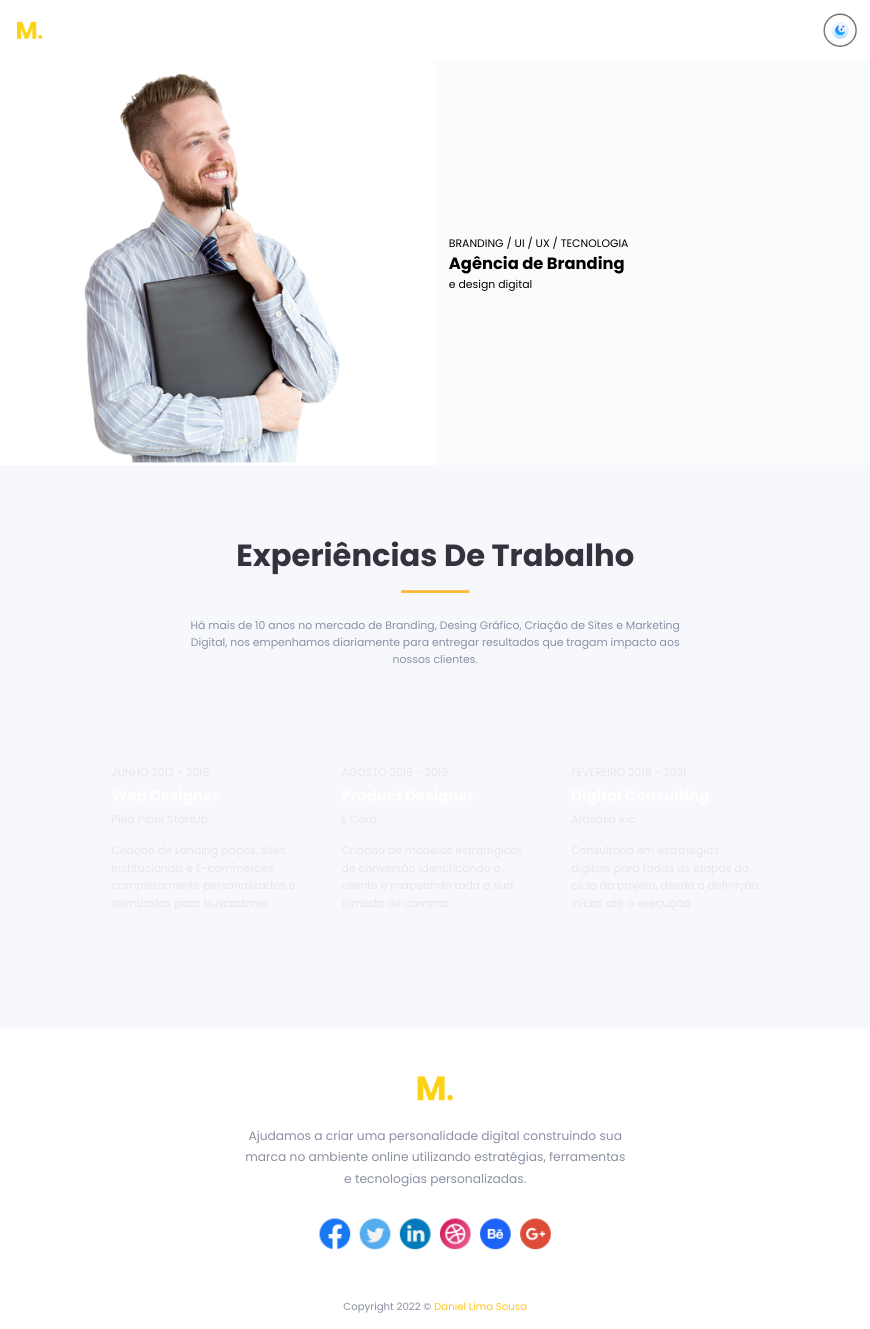
Repository: Daniells642/agencia-digital
Page: /
An editor plug-in stored every save of this project. The page is shown before and after the next save, followed by the edit.
The browser window is 1280 px wide. The pictures show the whole page, at 68% of full size.
The project was rebuilt for these pictures with package versions that can differ from the ones it lists, and the page was loaded fresh each time.

Above is the page before, as saved 2022-12-02 21:23:33.

### public/index.html
<!DOCTYPE html>
<html lang="pt-br">
  <head>
    <meta charset="utf-8" />
    <link rel="icon" href="assets/logo.png" />
    <meta name="viewport" content="width=device-width, initial-scale=1" />
    <meta name="theme-color" content="#000000" />
    <meta name="description"content="Web site created using create-react-app"/>
    <link rel="apple-touch-icon" href="%PUBLIC_URL%/logo192.png" />
    <link rel="manifest" href="%PUBLIC_URL%/manifest.json" />
    <link rel="preconnect" href="https://fonts.googleapis.com">
    <link rel="preconnect" href="https://fonts.gstatic.com" crossorigin>
    <link href="https://fonts.googleapis.com/css2?family=Poppins:wght@400;500;600;700;800;900&display=swap" rel="stylesheet">
    <title>Agência Digital</title>

  </head>
  <body>
    <noscript>You need to enable JavaScript to run this app.</noscript>
    <div id="root"></div>
    <!--
      This HTML file is a template.
      If you open it directly in the browser, you will see an empty page.

      You can add webfonts, meta tags, or analytics to this file.
      The build step will place the bundled scripts into the <body> tag.

      To begin the development, run `npm start` or `yarn start`.
      To create a production bundle, use `npm run build` or `yarn build`.
    -->
  </body>
</html>

### src/App.js
import Rodape from "./componentes/Rodape";
import SecaoExperienciaTrabalho from "./componentes/SecaoExperienciaTrabalho";
import Topo from "./componentes/Topo";
import SecaoBanner from "./componentes/SecaoBanner";
import "./App.css";
import React, { useState } from 'react';



function App() {

  const [ehTemaEscuro, setTemaEscuro] = useState(false)

  const alterarTema = () => {
    setTemaEscuro(!ehTemaEscuro)
  }

  return (
    <main>
      <Topo alterarTema={alterarTema} ehTemaEscuro={ehTemaEscuro} />
      <SecaoBanner alterarTema={alterarTema} ehTemaEscuro={ehTemaEscuro} />
      <SecaoExperienciaTrabalho alterarTema={alterarTema} ehTemaEscuro={ehTemaEscuro} />
      <Rodape alterarTema={alterarTema} ehTemaEscuro={ehTemaEscuro} />
    </main>
  );
}

export default App;

### src/componentes/Rodape/index.jsx
import './style.css';
import Logo from '../../assets/logo.png';
import iconeFacebook from '../../assets/facebook.png';
import iconeTwitter from '../../assets/twitter.png';
import iconeLinkedin from '../../assets/linkedin.png';
import iconeDribble from '../../assets/dribble.png';
import iconeBehance from '../../assets/behance.png';
import iconeGooglePlus from '../../assets/google-plus.png';

export default function Rodape(props) {
  return(
    <footer className={props.ehTemaEscuro ? 'rodape-modo-escuro' : 'rodape-modo-claro'}>
      <img src={Logo} alt="logomarca"/>
      <p className="paragrafo">
        Ajudamos a criar uma personalidade digital construindo sua marca no ambiente online utilizando estratégias,
        ferramentas e tecnologias personalizadas.
      </p>
      <div className="iconesRodape">
        <img src={iconeFacebook} alt="facebook"/>
        <img src={iconeTwitter} alt="twitter"/>
        <img src={iconeLinkedin} alt="linkedin"/>
        <img src={iconeDribble} alt="dribble"/>
        <img src={iconeBehance} alt="behance"/>
        <img src={iconeGooglePlus} alt="google plus"/>
      </div>
      <div className={props.ehTemaEscuro ? 'borda-rodape-escuro' : ''}>
        <p className="copyright">Copyright 2022 &copy; <span>Daniel Lima Sousa</span></p>
      </div>
    </footer>
  )
}

### src/componentes/SecaoExperienciaTrabalho/index.jsx
import Card from '../Card';
import './style.css';

export default function SecaoExperienciaTrabalho(props) {
    return (
      <section id='secao-experiencia' className={props.ehTemaEscuro ? 'secao-modo-escuro' : 'secao-modo-claro'}>

            <div id='container-texto' className={props.ehTemaEscuro ? 'texto-modo-escuro' : 'texto-modo-claro'}>
                <h1>Experiências De Trabalho</h1>
                <p> Há mais de 10 anos no mercado de Branding, Desing Gráfico, Criação de
                Sites e Marketing Digital, nos empenhamos diariamente para entregar
                resultados que tragam impacto aos nossos clientes.
                </p>
            </div>

            <div className="container-cards limitar-secao">
              <Card
                data="JUNHO 2012 - 2016"
                titulo="Web Designer"
                empresa="Pied Piper StartUp."
                paragrafo="Criação de Landing pages, sites institucionais e E-commerces completamente personalizados e otimizados para buscadores"
              />
              <Card
                data="AGOSTO 2016 - 2019"
                titulo="Product Designer"
                empresa="E Corp."
                paragrafo="Criação de modelos estratégicos de conversão identificando o cliente e mapeando toda a sua jornada de compra"
              />
              <Card
                data="FEVEREIRO 2019 - 2021"
                titulo="Digital Consulting"
                empresa="Arasaka Inc."
                paragrafo="Consultoria em estratégias digitais para todas as etapas do ciclo do projeto, desde a definição inicial até a execução"
              />
        </div>



      </section>
    );
  }

### src/componentes/Topo/index.jsx
import './style.css';
import Logo from '../../assets/logo.png';
import iconeSol from '../../assets/sun.png';
import iconeLua from '../../assets/moon.png';

export default function Topo(props) {
    return (
      <header className={props.ehTemaEscuro ? "topo-modo-escuro" : "topo-modo-claro"}>
            <img className="logo" src={Logo} alt="Logotipo"/>
            <button onClick={props.alterarTema} className={props.ehTemaEscuro ? 'botao-modo-escuro' : 'botao-modo-claro'}>
                <img className="btn-icone" src={props.ehTemaEscuro ? iconeSol : iconeLua} alt="ícone para alterar o tema"/>
            </button>
      </header>
    );
  }

### src/componentes/SecaoBanner/index.jsx
import './style.css';

export default function SecaoBanner(props) {
    return (
            <section id='secaoBanner'>

              <div id='imagemFundo' className={props.ehTemaEscuro ? 'fundo-modo-escuro' : 'fundo-modo-claro'}> </div>

              <div className="texto-secao-banner">
                  <p>BRANDING / UI / UX / TECNOLOGIA</p>
                  <h1>Agência de Branding</h1>
                  <span>e design digital</span>
              </div>

            </section>
    );
  }

### src/App.css
*{
  margin: 0;
  padding: 0;
  box-sizing: border-box;
  font-family: 'Poppins', sans-serif;
}

### src/componentes/Rodape/style.css
footer {
    display: flex;
    flex-direction: column;
    align-items: center;
    justify-content: center;
    padding-top: 70px;
  }
  .paragrafo {
    padding: 0px 20px;
    font-size: 18px;
    font-weight: 300;
    color: #8a8fa3;
    max-width: 600px;
    line-height: 32px;
    text-align: center;
    margin: 36px auto 42px;
  }
  .iconesRodape {
    display: flex;
    justify-content: space-around;
    width: 100%;
    max-width: 375px;
    padding: 0px 10px;
    margin-bottom: 50px;
  }
  .iconesRodape img {
    width: 45px;
    cursor: pointer;
  }
  .copyright {
    width: 100%;
    font-size: 15px;
    font-weight: 300;
    line-height: 28px;
    color: #8a8fa3;
    padding: 20px 0px;
    text-align: center;
  }

  .copyright span {
    color: #fcc520;
  }
  /*modo claro*/
  .rodape-modo-claro {
    background-color: #fff;
  }
  /*modo escuro*/
  .rodape-modo-escuro {
    background-color: #252525;
  }
  .borda-rodape-escuro {
    border-top: 1px solid #ffffff0d;
    width: 100%;
  }

### src/componentes/Card/index.jsx
import './style.css';

export default function Card(props) {
    return (
      <div id="card" className={props.ehTemaEscuro ? 'card-modo-claro' : 'card-modo-escuro'}>
        <p className="primeiroParagrafo">{props.data}</p>
        <h4>{props.titulo}</h4>
        <p className="segundoParagrafo">{props.empresa}</p>
        <p>{props.paragrafo}</p>
    </div>
   );
  }

### src/componentes/SecaoExperienciaTrabalho/style.css
#secao-experiencia {
    display: flex;
    flex-direction: column;
    align-items: center;
    justify-content: center;
    padding: 100px 20px;
}



#container-texto {
    display: flex;
    flex-direction: column;
    text-align: center;
    align-items: center;
}

#container-texto h1 {
    position: relative;
    font-size: 45px;
    font-weight: 700;
    padding-bottom: 20px;
    margin-bottom: 35px;
}

#container-texto h1::before {
    position: absolute;
    content: "";
    bottom: 0;
    left: 0;
    right: 0;
    margin: 0 auto;
    width: 100px;
    height: 4px;
    background-color: #feb633;
}

#container-texto p {
    font-size: 16px;
    font-weight: 400;
    max-width: 770px;
    margin-bottom: 70px;
}
.container-cards {
    display: flex;
    justify-content: center;

}
.limitar-secao {
    width: 100%;
    max-width: 1024px;
    margin: 0 auto;
  }
@media screen and (max-width: 768px) {
    .container-cards {
      flex-direction: column;
    }
  }

/*modo claro*/
.secao-modo-claro {
	background-color: #f6f8fc;
}
.texto-modo-claro h1{
	color: #32333c;
}
.texto-modo-claro p {
	color: #8a8fa3;
}

/*modo escuro*/
.secao-modo-escuro {
	background-color: #393838;
}
.texto-modo-escuro h1{
    color: #fff;
}
.texto-modo-escuro p{
    color: #fff;
}

### src/componentes/Topo/style.css
header {
    width: 100%;
    padding: 20px;
    display: flex;
    align-items: center;
    justify-content: space-between;
    position: fixed;
    z-index: 1;
  }
.logo{
    max-height: 35px;
    padding: 5px;
}

button {
    display: flex;
    align-items: center;
    padding: 10px 10px;
    cursor: pointer;
  }
.btn-icone {
    width: 25px;
    height: 25px;
}

/*Modo claro*/
.topo-modo-claro {
    background-color: #fff;
}
.botao-modo-claro {
    display: flex;
    align-items: center;
    border: 2px solid #747272;
    border-radius: 25px;
    padding: 10px;
    cursor: pointer;
    background-color: #fff;
}

/*Modo escuro*/
.topo-modo-escuro {
    background-color: #252525;
    border-bottom: 1px solid #ffffff0d;
}
.botao-modo-escuro {
    background-color: #252525;
    border-radius: 25px;
    border: 2px solid #fff;
}

### src/componentes/SecaoBanner/style.css
#secaoBanner {
    height: 95vh;
    padding-top: 90px;
    display: flex;
    position: relative;
}

#imagemFundo {
    width: 50%;
    background-image: url('../../assets/banner.png');
    background-position: center;
    background-repeat: no-repeat;
    background-size: contain;
    object-fit: cover;
}

.texto-secao-banner {
    width: 50%;
    padding: 0px 20px;
    display: flex;
    flex-direction: column;
    justify-content: center;
    background-color: #fafbfc;
}

.secao-banner p {
    color: #022144;
    font-size: small;
}

.secao-banner h1 {
    color: #022144;
    font-weight: 200;
}

.secao-banner span {
    color: #022144;
    font-weight: 900;
}

@media screen and (max-width: 768px) {
    #imagemFundo {
      width: 0;
    }

    .texto-secao-banner{
      width: 100%;
    }
}

/*modo claro*/
.fundo-modo-claro{
    background-color: #fff;
}
/*modo escuro*/
.fundo-modo-escuro {
    background-color: #252525;
}

### src/componentes/Card/style.css
#card {
    width: 33%;
    padding: 70px 30px;
    display: flex;
    flex-direction: column;
    cursor: pointer;
  }

  #card:hover{
    background-color: #feb633;
    transition: all 1s;
  }

  #card h4 {
    font-size: 22px;
    margin-bottom: 5px;
  }

  #card p {
    font-size: 16px;
    font-weight: 400;
    line-height: 26px;
  }

  .card-modo-claro {
    border: 1px solid #edecec;
  }

  .card-modo-claro h4 {
    color: #32333a;
  }

  .card-modo-claro p {
    color: #8a8fa3;
  }

  .primeiroParagrafo {
    margin-bottom: 5px;
  }

  .segundoParagrafo {
    margin-bottom: 20px;
  }

  @media screen and (max-width: 768px) {
    #card {
      width: auto;
    }
  }

/*modo escuro*/
  .card-modo-escuro {
    border: 1px solid #ffffff0d;
  }

  .card-modo-escuro h4{
    color: #ffffff;
  }

  .card-modo-escuro p {
    color: #e7e7e7;
  }

Loaded but not shown: src/index.js (common file)

After the next save:
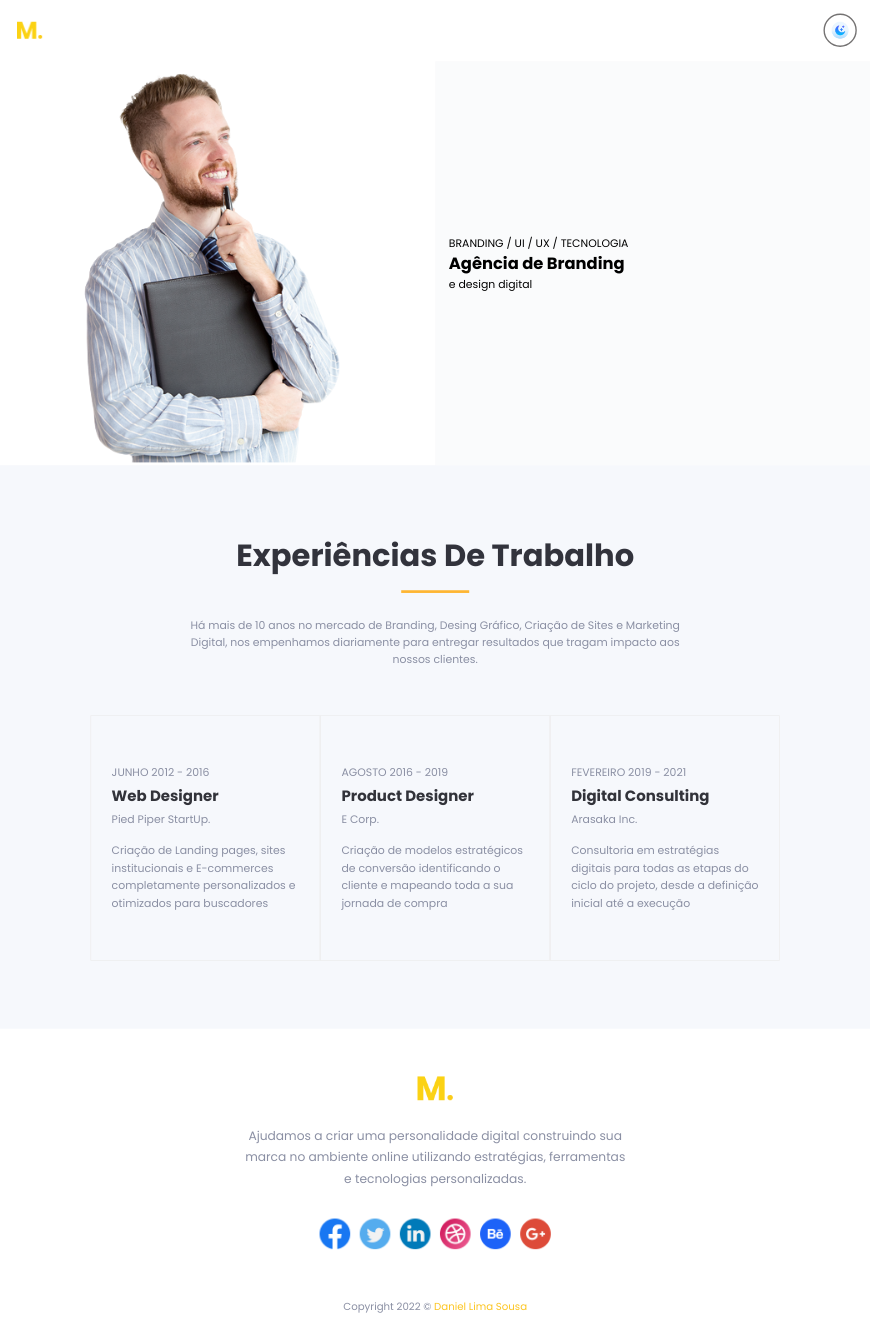
Saved 14 min 8 s later.
--- a/src/componentes/Card/index.jsx
+++ b/src/componentes/Card/index.jsx
@@ -2,7 +2,7 @@ import './style.css';
 
 export default function Card(props) {
     return (
-      <div id="card" className={props.ehTemaEscuro ? 'card-modo-claro' : 'card-modo-escuro'}>
+      <div id="card" className={props.ehTemaEscuro ? 'card-modo-escuro' : 'card-modo-claro'}>
         <p className="primeiroParagrafo">{props.data}</p>
         <h4>{props.titulo}</h4>
         <p className="segundoParagrafo">{props.empresa}</p>
